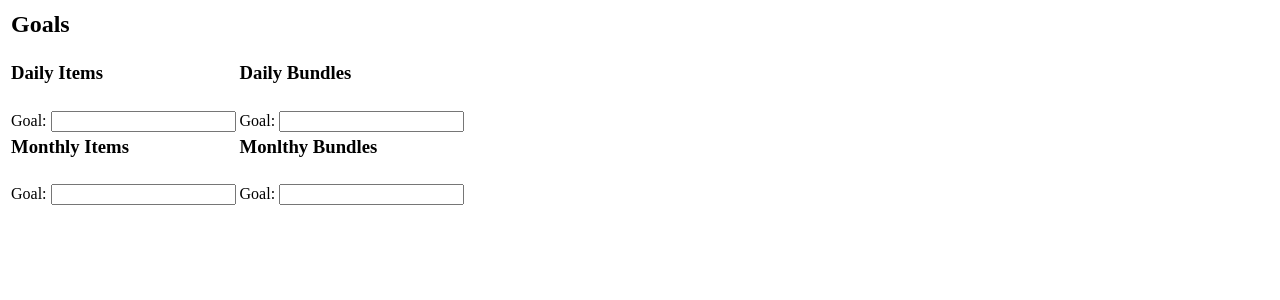
Repository: arjay07/AlineNotebook
Page: app/views/goalstable.html
The author's editor kept a record of every edit. The page is drawn from the files as they stood at one moment, then again after the next edit.
The browser window is 1280 px wide. The pictures show the whole page.

Above is the page before.

### app/views/goalstable.html
<table id="goalstable">
    <tr><td colspan="2"><h2>Goals</h2></h3></td></td></tr>
    <tr>
        <td><h3>Daily Items</h3></td>
        <td><h3>Daily Bundles</h3></td>
    </tr>
    <tr>
        <td><div id="digcirc"></div></td>
        <td><div id="dbgcirc"></div></td>
    </tr>
    <tr>
        <td>Goal: <input id="dig" type="number"/></td>
        <td>Goal: <input id="dbg" type="number"/></td>
    </tr>
    <tr>
        <td><h3>Monthly Items</h3></td>
        <td><h3>Monlthy Bundles</h3></td>
    </tr>
    <tr>
        <td><div id="migcirc"></div></td>
        <td><div id="mbgcirc"></div></td>
    </tr>
    <tr>
        <td>Goal: <input id="mig" type="number"/></td>
        <td>Goal: <input id="mbg" type="number"/></td>
    </tr>
</table>

After the next edit:
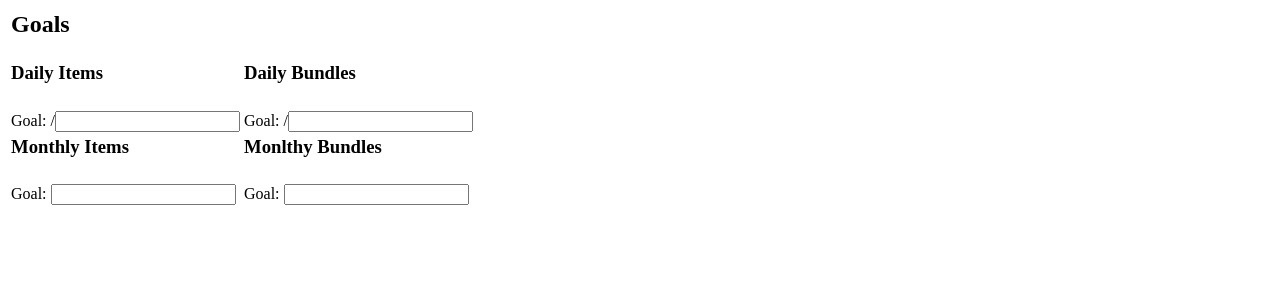
The edit:
--- a/app/views/goalstable.html
+++ b/app/views/goalstable.html
@@ -9,8 +9,8 @@
         <td><div id="dbgcirc"></div></td>
     </tr>
     <tr>
-        <td>Goal: <input id="dig" type="number"/></td>
-        <td>Goal: <input id="dbg" type="number"/></td>
+        <td>Goal: <span id="di"></span>/<input id="dig" type="number"/></td>
+        <td>Goal: <span id="bb"></span>/<input id="dbg" type="number"/></td>
     </tr>
     <tr>
         <td><h3>Monthly Items</h3></td>
